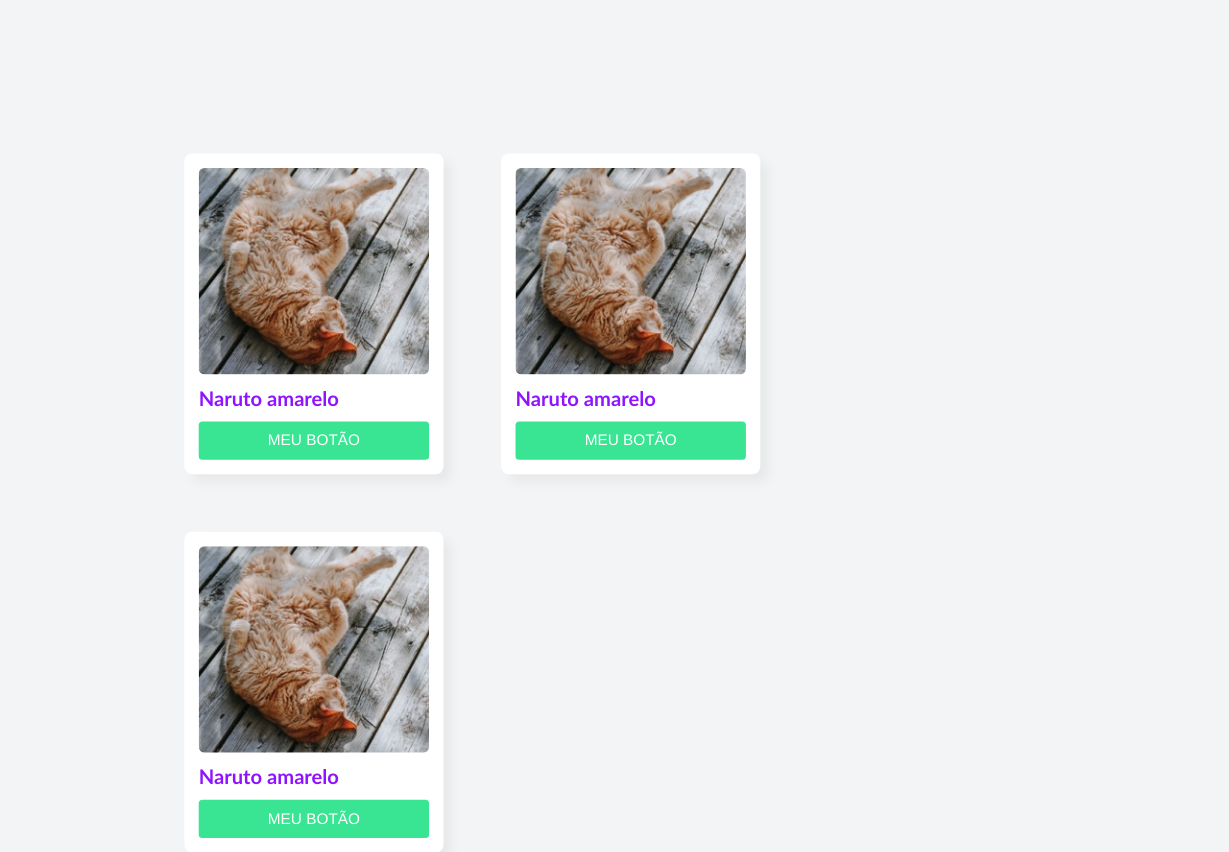
Repository: alessandradiamantino/Curso-Front-End-Design
Page: 1 - Introdução ao HTML e CSS/2 - Exercício CSS/01/codesignerspro-arquivos-exercicio-css-02/codesignerspro-arquivos-exercicio-css-02/index.html
These files come from the project's save history. The page is drawn as it stood at one moment and after the next save; the edit follows.
The browser window is 1280 px wide. The pictures show the whole page, at 96% of full size.

Above is the page before, as saved 2023-04-22 09:49:00.

### 1 - Introdução ao HTML e CSS/2 - Exercício CSS/01/codesignerspro-arquivos-exercicio-css-02/codesignerspro-arquivos-exercicio-css-02/index.html
<!DOCTYPE html>
<html lang="pt-br">

<head>
  <meta charset="UTF-8">
  <meta name="viewport" content="width=device-width, initial-scale=1.0">
  <meta http-equiv="X-UA-Compatible" content="ie=edge">
  <title>Exercício CSS 02</title>
  <link rel="stylesheet" type="text/css" href="css/style.css" />
</head>

<body>
  <main>
  <div class="card-container">
    <div class="card">
      <img src="images/gato-01.jpg"
        alt="gato deitado"
        title="gatinho"
        class="card-image"
      />
      <div class="card-body">
        <h1>Naruto amarelo</h1>
    </div>
    <div class="card-footer">
     <a href="https://web.whatsapp.com/" class="btn">Meu Botão</a>
    </div>
  </div>
</div>

<div class="card-container">
  <div class="card">
    <img src="images/gato-01.jpg"
      alt="gato deitado"
      title="gatinho"
      class="card-image"
    />
    <div class="card-body">
      <h1>Naruto amarelo</h1>
  </div>
  <div class="card-footer">
   <a href="https://web.whatsapp.com/" class="btn">Meu Botão</a>
  </div>
</div>
</div>

<div class="card-container">
  <div class="card">
    <img src="images/gato-01.jpg"
      alt="gato deitado"
      title="gatinho"
      class="card-image"
    />
    <div class="card-body">
      <h1>Naruto amarelo</h1>
  </div>
  <div class="card-footer">
   <a href="https://web.whatsapp.com/" class="btn">Meu Botão</a>
  </div>
</div>
</div>
  </main>
</body>

</html>

### 1 - Introdução ao HTML e CSS/2 - Exercício CSS/01/codesignerspro-arquivos-exercicio-css-02/codesignerspro-arquivos-exercicio-css-02/css/style.css
body{
  background-color: #f2f4f5;
  margin: 0;
}
main {
  width: 70%;
  display: table;
  margin: 100px auto 0 auto;
}
.card-container {
  width: 270px;
  display: table;
  float: left;
  margin-top: 60px;
  margin-right: 60px;
}

.card {
  width: 100%;
  display: table;
  background-color: #fff;
  border-radius: 8px;
  box-shadow: 8px 8px 12px rgba(0, 0, 0, 0.05);
  padding: 15px;
  box-sizing: border-box;
}

.card .card-image {
  width: 100%;
  max-width: 100%;
  height: auto;
  border-radius: 6px;
  display: block;
}

.card .card-body {
  width: 100%;
  display: table;
  margin-top: 13px;
}

.card .card-body h1 {
  font-family:'Gill Sans', 'Gill Sans MT', Calibri, 'Trebuchet MS', sans-serif;
  font-size: 21px;
  font-weight: 800;
  line-height: 24px;
  color: #9013fe;
  margin: 0;
}

.card .card-footer {
  width: 100%;
  display: table;
}

.card .card-footer .btn {
  width: 100%;
}
/* botões */

.btn {
  width: auto;
  height: 40px;
  display: inline-block;
  background-color: #39e493;
  color: #fff;
  font-family:'Franklin Gothic Medium', 'Arial Narrow', Arial, sans-serif;
  font-size: 16px;
  text-transform: uppercase;
  line-height: 40px;
  text-decoration: none;
  text-align: center;
  border-radius: 2px;
  margin-top: 12px;
  padding: 0 30px;
  border-radius: 4px;
  box-sizing: border-box;
}

After the next save:
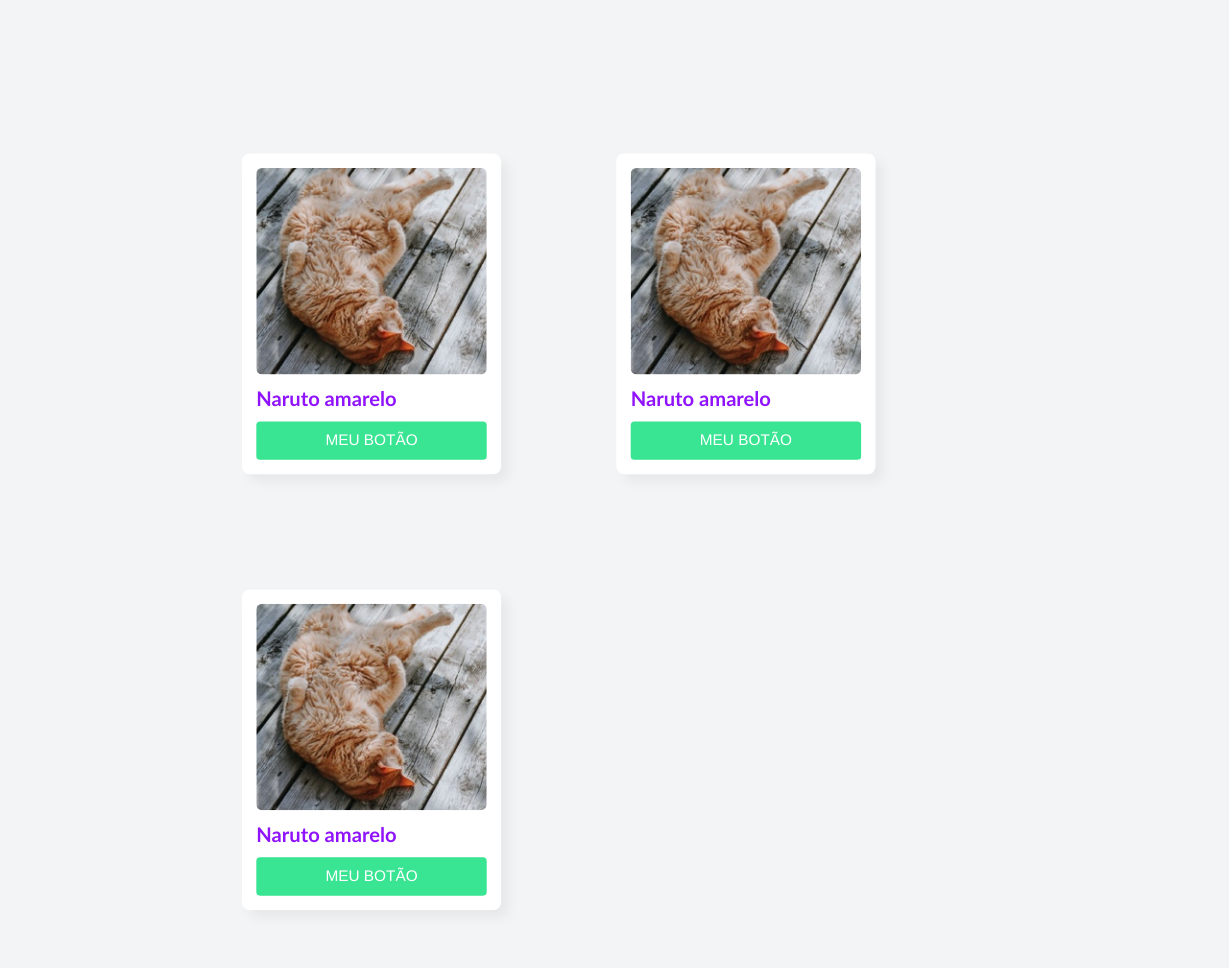
Saved 7 s later.
--- a/1 - Introdução ao HTML e CSS/2 - Exercício CSS/01/codesignerspro-arquivos-exercicio-css-02/codesignerspro-arquivos-exercicio-css-02/css/style.css
+++ b/1 - Introdução ao HTML e CSS/2 - Exercício CSS/01/codesignerspro-arquivos-exercicio-css-02/codesignerspro-arquivos-exercicio-css-02/css/style.css
@@ -11,7 +11,7 @@
   width: 270px;
   display: table;
   float: left;
-  margin-top: 60px;
+  margin: 60px;
   margin-right: 60px;
 }
 

After the 2 saves that followed:
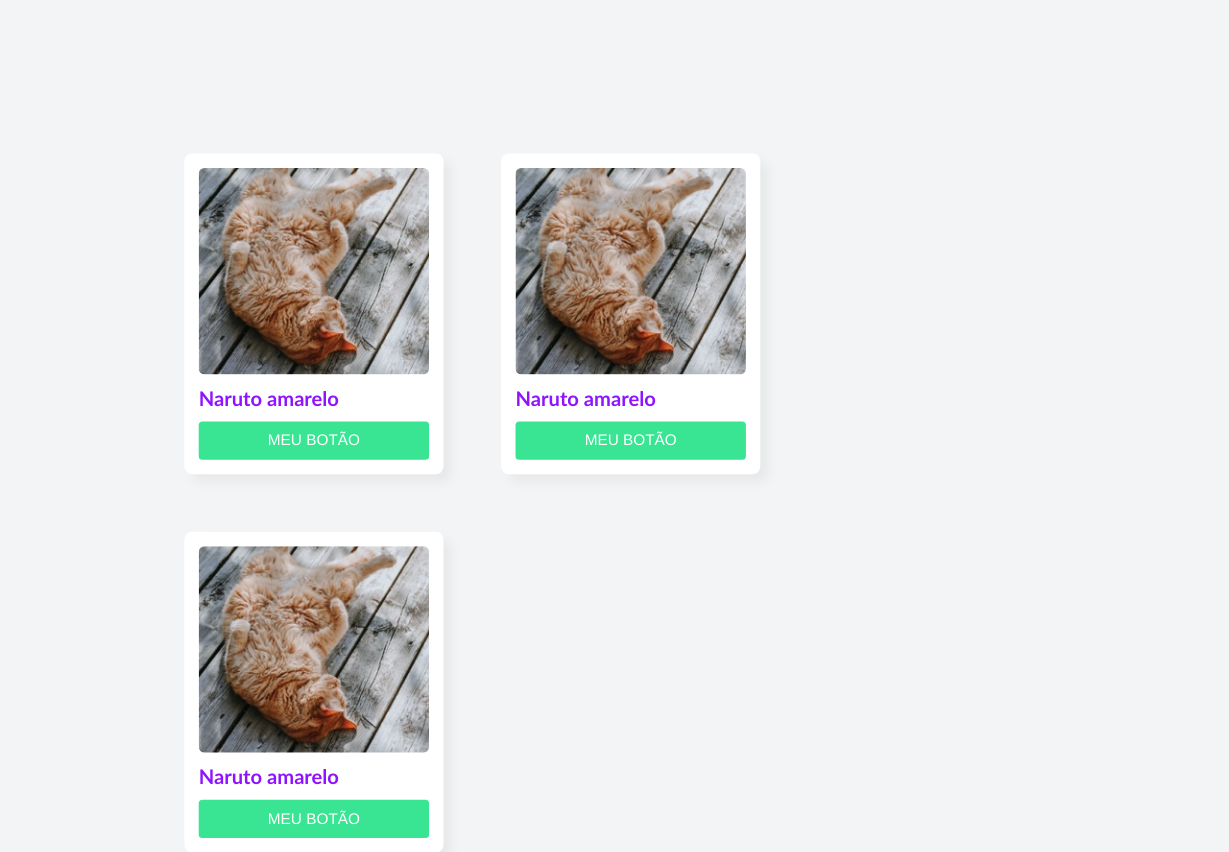
The 2 saves are shown as one change because they came seconds apart.
The last was saved 8 s later.
--- a/1 - Introdução ao HTML e CSS/2 - Exercício CSS/01/codesignerspro-arquivos-exercicio-css-02/codesignerspro-arquivos-exercicio-css-02/css/style.css
+++ b/1 - Introdução ao HTML e CSS/2 - Exercício CSS/01/codesignerspro-arquivos-exercicio-css-02/codesignerspro-arquivos-exercicio-css-02/css/style.css
@@ -11,8 +11,7 @@
   width: 270px;
   display: table;
   float: left;
-  margin: 60px;
-  margin-right: 60px;
+  margin: 60px 60px 0 0;
 }
 
 .card {
